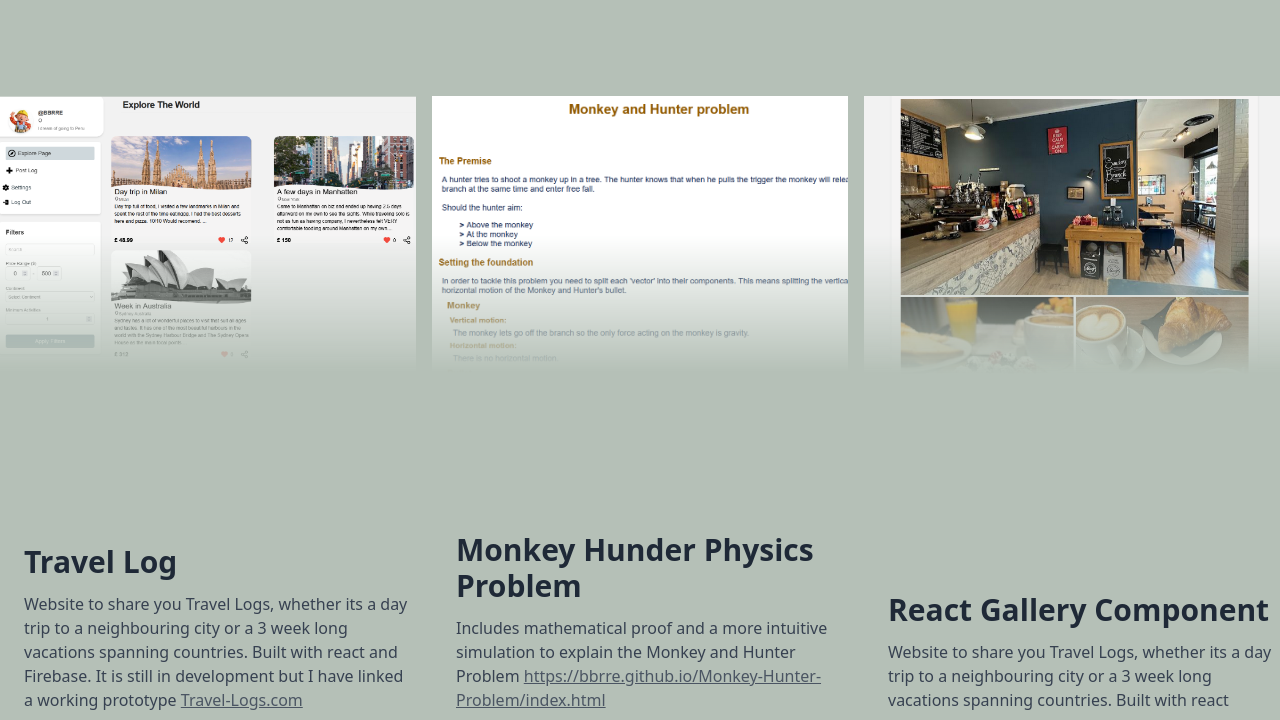
Repository: BBRRE/Portfolio-V2
Page: /#/Computer-Sci
These files come from the project's save history. The page is drawn as it stood at one moment and after the next save; the edit follows.
The browser window is 1280 px wide. The pictures show the whole page.
Some web fonts or font styles are not loaded; a fallback is used. The project was rebuilt for these pictures with package versions that can differ from the ones it lists, and the page was loaded fresh each time. Also part of the build but not shown: vite.config.js, src/Subjects/Archi.jsx, src/Subjects/EEng.jsx, src/Subjects/Other.jsx, src/Projects Overview.jsx, src/HomePage.jsx, src/ErrorBoundary.jsx.

Above is the page before, as saved 2024-11-29 09:14:42.

After the next save:
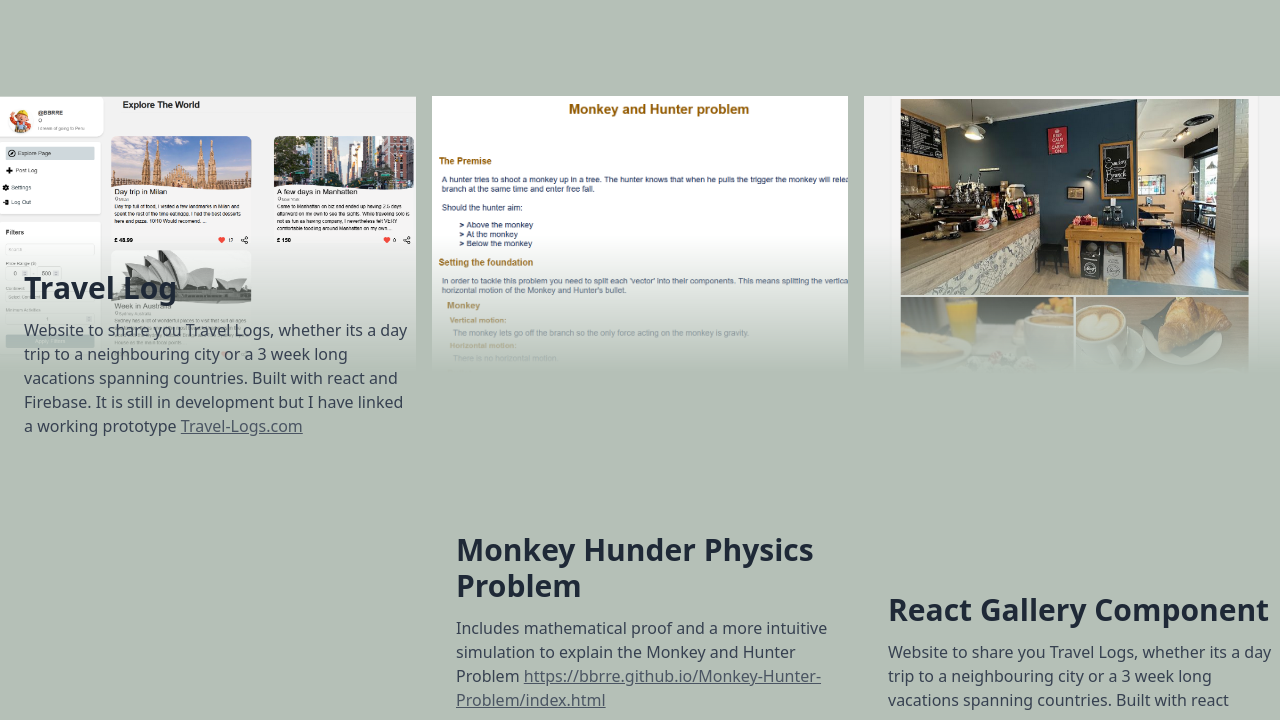
Saved 29 s later.
--- a/src/Subjects/CompSci.jsx
+++ b/src/Subjects/CompSci.jsx
@@ -6,7 +6,7 @@ import tr from '../assets/tra.png'
 const CompSci = () => {
   return (
     <div className='bg-[#B5C0B7] w-full h-auto min-h-screen flex gap-4'>
-      <div className='relative mx-auto mt-24 w-[700px]'>
+      <div className='relative mx-auto mt-24 w-[700px] h-[350px]'>
         <img src={cs} style={{ WebkitMaskImage: 'linear-gradient(to top, transparent 0%, black 50%)' }} />
         <div className=" absolute bottom-2 left-2 flex flex-col ml-4 gap-3 justify-center">
           <h2 className=" text-left text-xl md:text-2xl lg:text-3xl font-semibold text-gray-800">
